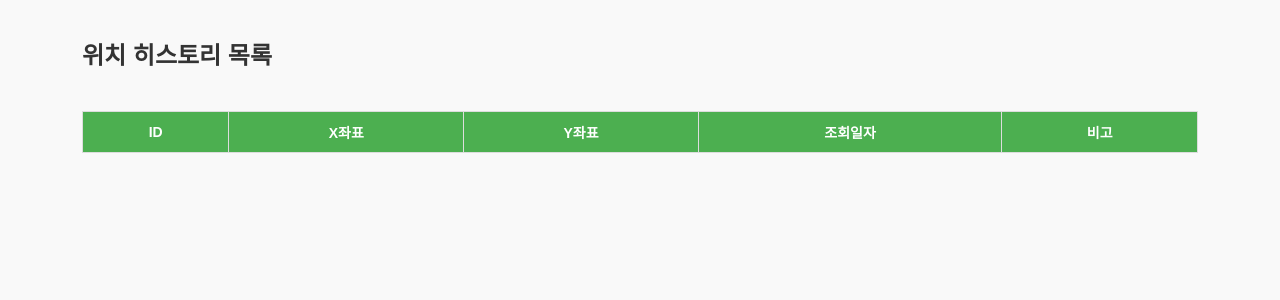
Repository: sangpyolee0/zerobase_task
Page: http://localhost/WifiProject/history.jsp
The author's editor kept a copy of each file at every save. The page is drawn from the files as they stood at one save, then again after the next save.
The browser window is 1280 px wide. The pictures show the whole page.
The page is served by Tomcat 9. Queries for data that is not in the repository find no rows.

Above is the page before, as saved 2024-12-08 17:29:11.

After the next save:
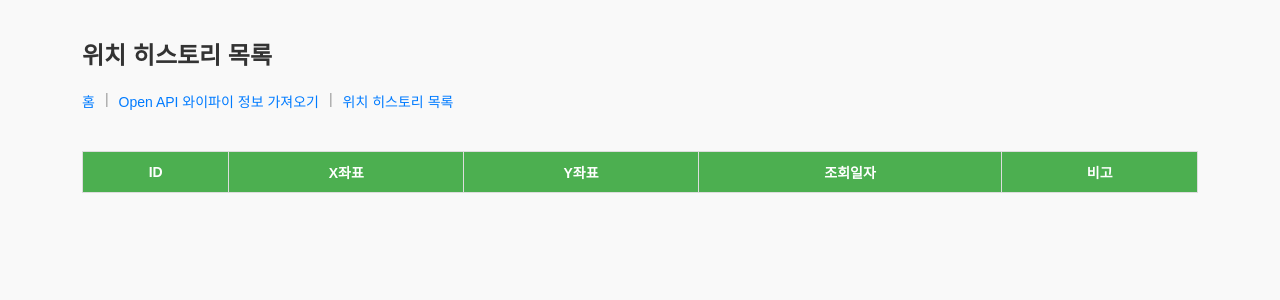
Saved 29 s later.
--- a/WifiProject/src/main/webapp/history.jsp
+++ b/WifiProject/src/main/webapp/history.jsp
@@ -1,6 +1,5 @@
 <%@ page language="java" contentType="text/html; charset=UTF-8" pageEncoding="UTF-8"%>
 <%@ page import="java.util.List" %>
-<%@ page import="java.util.ArrayList" %>
 <%@ page import="com.example.wifi.DatabaseService" %>
 <!DOCTYPE html>
 <html>
@@ -26,7 +25,16 @@
 </head>
 <body>
     <div class="container">
-        <h1>위치 히스토리 목록</h1>
+        <header>
+            <h1>위치 히스토리 목록</h1>
+            <nav>
+                <a href="index.jsp">홈</a>
+                <span>|</span>
+                <a href="add-wifi.jsp">Open API 와이파이 정보 가져오기</a>
+                <span>|</span>
+                <a href="history.jsp">위치 히스토리 목록</a>
+            </nav>
+        </header>
         <table>
             <thead>
                 <tr>
@@ -39,8 +47,7 @@
             </thead>
             <tbody>
                 <%
-                    // DatabaseService 사용
-                    com.example.wifi.DatabaseService dbService = new com.example.wifi.DatabaseService();
+                    DatabaseService dbService = new DatabaseService();
                     List<String[]> historyList = dbService.getHistoryList();
                     for (String[] history : historyList) {
                 %>
@@ -49,9 +56,7 @@
                     <td><%= history[1] %></td>
                     <td><%= history[2] %></td>
                     <td><%= history[3] %></td>
-                    <td>
-                        <button class="delete" onclick="deleteHistory(<%= history[0] %>)">삭제</button>
-                    </td>
+                    <td><button class="delete" onclick="deleteHistory(<%= history[0] %>)">삭제</button></td>
                 </tr>
                 <%
                     }
